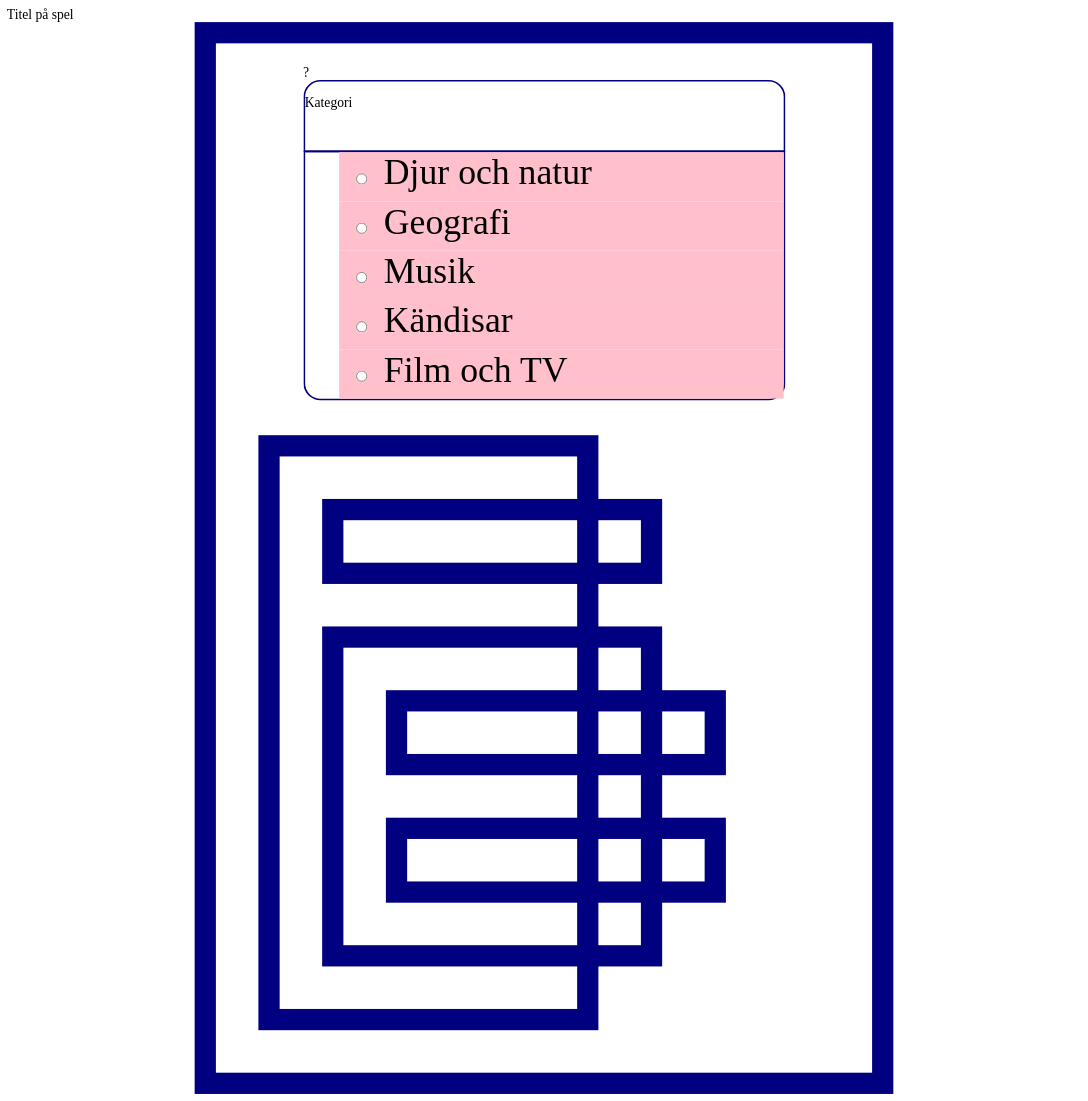
Repository: ed222gg/project2
Page: pages/start.html
The author's editor kept a record of every edit. The page is drawn from the files as they stood at one moment, then again after the next edit.
The browser window is 1280 px wide. The pictures show the whole page, at 85% of full size.

Above is the page before.

### pages/start.html
<!DOCTYPE html>
<html>

<head>
    <meta charset="utf-8" />
    <title>Index</title>
    <link rel="stylesheet" type="text/css" href="../css/style.css" />
</head>

<body>
    <header>Titel på spel</header>
    <main>
        <div id="container">
            <div id="help">?</div>
            <div id="CategoryTitle"><p>Kategori</div>
            <div id="categories">
                <ul>
                    <div id="li0"><li><input type="radio" id="c0" name="category" value="0">Djur och natur</li></div>
                    <div id="li0"><li><input type="radio" id="c1" name="category" value="1">Geografi</li></div>
                 <div id="li0">   <li><input type="radio" id="c2" name="category" value="2">Musik</li></div>
                  <div id="li0"> <li><input type="radio" id="c3" name="category" value="3">Kändisar</li></div>
                  <div id="li0">  <li><input type="radio" id="c4" name="category" value="4">Film och TV</li></div>
                </ul>




            </div>
        </div>
        <!-- <template id="tamplate"> -->
        <div id="gameLayout">
            <div id="topLayout"></div>
            <div id="bottomLayout">
                <div id="bottomLeft"></div>
            <div id="bottomRight"></div>
        </div>
        </div>
        <!-- </template> -->

    </main>
    <script src="../script/Game.js" type="text/javascript"></script>
</body>

</html>

<!-- main funktionen
   var template = document.querySelector('#template');
   var gameLayout = template.content.querySelector('#gameLayout').cloneNode(true);

   // om du vill hämta element i main funktionen
   gameLayout.questionP = gameLayout.querySelector('#question');
   gameLayout.questionP.innerHTML ='vem van vm 2011';

   // lägger ut allt
   container.appendChild(gameLayout);
   <--

### css/style.css
body{
    background: #FFFFFF;
}

main{
    /* float: right; */
  overflow: auto;
  margin: auto;
  width: 722px;
  padding: 25px;
  border: 25px solid navy;
}
header{}
input{

    margin: 20px;}

#template{ }
#gameLayout{
    float:left;
    width: 300px;
    padding: 25px;
    border: 25px solid navy;
    margin: 25px;}
#topLayout{
      float:left;
      width: 300px;
    padding: 25px;
    border: 25px solid navy;
    margin: 25px;}
#bottomLayout{   float:left;width: 300px;
    padding: 25px;
    border: 25px solid navy;
    margin: 25px;}
#bottomLeft{  float:left; width: 300px;
    padding: 25px;
    border: 25px solid navy;
    margin: 25px;}
#bottomRight{   float:left;width: 300px;
    padding: 25px;
    border: 25px solid navy;
    margin: 25px;}



#categories{  float:left;
    margin: 0px;
    padding: 0px;
    list-style-type: none;
}


#container{    overflow: auto;
  /* float: left; */
  width: 567px;
  padding: -29px;
 /* border: 8px solid navy;*/
  margin: auto;
}


#CategoryTitle{


  width: 563px;
  height: 81px;
  /* padding: 18px; */
  border: 2px solid navy;
  /* margin: 25px; */
  margin: auto;
  border-radius-top: 12px;
  border-top-left-radius: 20px;
  border-top-right-radius: 20px;

}


 ul{
  margin-top: -2px;
  width: 523px;
  border: 2px solid navy;
  border-bottom-left-radius: 20px;
  border-bottom-right-radius: 20px;

 }
 li{  /* width: 51px; */
  font-size: 42px;
  /* font-family: serif; */
  list-style-type: none;
  /* width: 200px; */
 }

input#c:hover {
  cursor:pointer;

 }

#li0{background-color:pink;}

### script/Game.js
"use strict"; //objekt.metod/egenskap(argument)

var Game= {

    pos: 0,
    categoryNr: undefined,
    test: undefined,
    testStatus: undefined,
    question: undefined,
    choice: undefined,
    choises: undefined,
    chA: undefined,
    chB: undefined,
    correct: 0,
    questionsArray: [],


    init: function() {
        var radios = document.getElementsByName('category'); // samla alla cetegoryelementen i en lista
        console.log(radios)

        for (var i = 0; i < radios.length; i++) {
            eventClick(i);
        }
        //funktionen eventclick som vi kallar på i forloopen ovan,
        //lägger en eventlistener på alla elementen i radios
        function eventClick(categoryId){
            radios[categoryId].addEventListener("click", function() {
            if (radios[categoryId].checked)
            {

                //nu har vi checkat samt vet vilket id categorin har. nu kan vi sätta rätt frågor. next step.
                //hmm hur var det jag hade tänkt nu då...
                console.log(categoryId)

            }


            });
        }



    },
};
//När sidan har laddads in så anropas init.
window.onload = Game.init;


 /* // main funktionen
   var template = document.querySelector('#template');
   var gameLayout = template.content.querySelector('#gameLayout').cloneNode(true);

   // om du vill hämta element i main funktionen
   gameLayout.questionP = gameLayout.querySelector('#question');
   gameLayout.questionP.innerHTML ='vem van vm 2011';

   // lägger ut allt
   container.appendChild(gameLayout);*/

After the next edit:
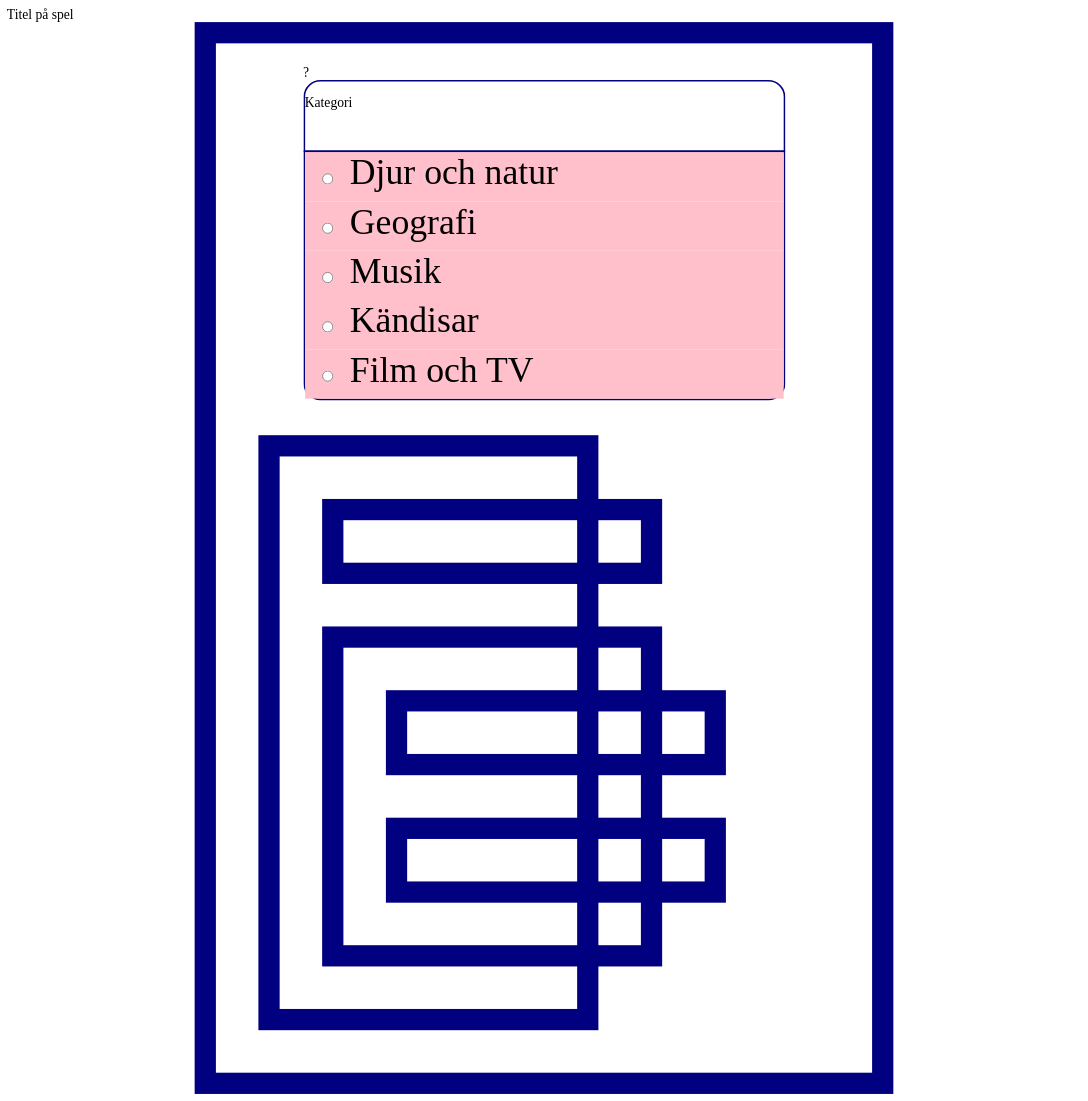
The edit:
--- a/css/style.css
+++ b/css/style.css
@@ -76,8 +76,9 @@
 
 
  ul{
+  padding: 0px;
   margin-top: -2px;
-  width: 523px;
+  width: 563px;
   border: 2px solid navy;
   border-bottom-left-radius: 20px;
   border-bottom-right-radius: 20px;
